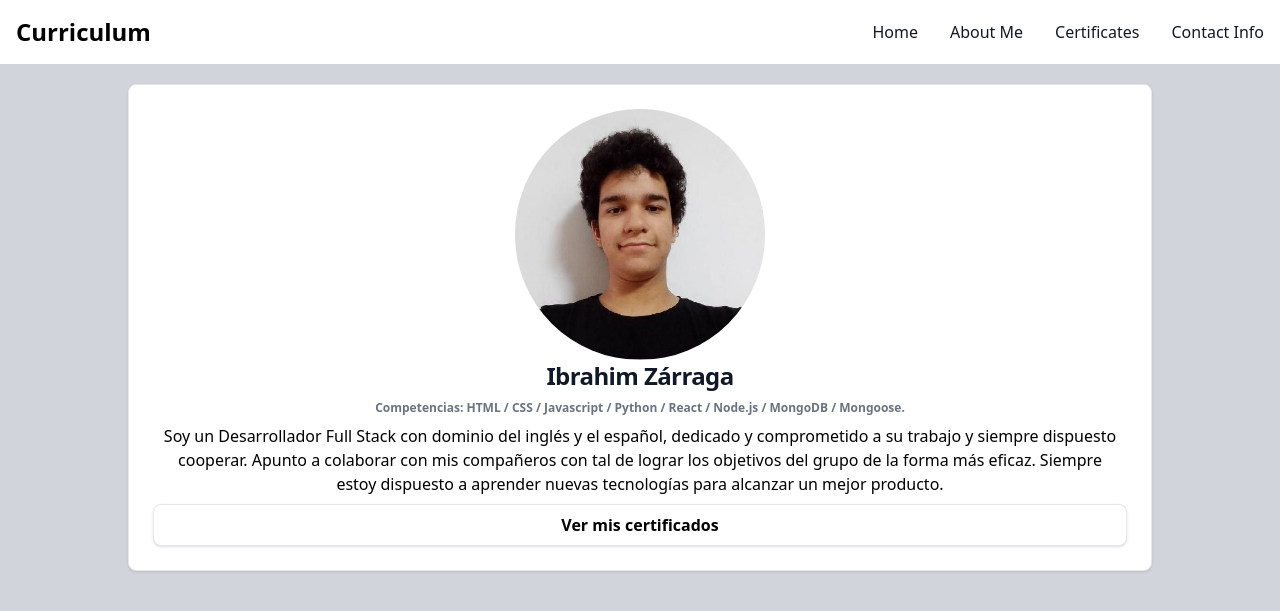
Repository: JetPi/Presentatio-Project
Page: /
These files come from the project's save history. The page is drawn as it stood at one moment and after the next save; the edit follows.
The browser window is 1280 px wide. The pictures show the whole page.
The project was rebuilt for these pictures with package versions that can differ from the ones it lists, and the page was loaded fresh each time. The framework's server and built-in components were replaced by stand-ins that run in the browser. Also part of the build but not shown: next.config.js.

Above is the page before, as saved 2023-04-03 16:24:38.

### src/pages/_app.tsx
import "@/styles/globals.css";
import type { AppProps } from "next/app";
import { NavBar } from "@/components/NavBar";

const navList = [
  { text: "Home", href: "/" },
  { text: "About Me", href: "/about/me" },
  { text: "Certificates", href: "/about/certificates" },
  { text: "Contact Info", href: "/about/socials" },
];

export default function App({ Component, pageProps }: AppProps) {
  return (
    <div className="min-h-screen pb-2 bg-gray-300 h-cover">
      <NavBar navList={navList} />
      <Component {...pageProps} />
    </div>
  );
}

### src/pages/index.tsx
import Head from "next/head";
import Image from "next/image";
import { Inter } from "next/font/google";
import styles from "@/styles/Home.module.css";
import { Card, CardButton } from "@/components/Card";
import { CardTitle } from "@/components/Card";
import { Url } from "url";

const inter = Inter({ subsets: ["latin"] });

let mySkills = [
  "HTML",
  "CSS",
  "Javascript",
  "Python",
  "React",
  "Node.js",
  "MongoDB",
  "Mongoose",
];

let myDescription =
  "Soy un Desarrollador Full Stack con dominio del inglés y el español, dedicado y comprometido a su trabajo y siempre dispuesto cooperar. Apunto a colaborar con mis compañeros con tal de lograr los objetivos del grupo de la forma más eficaz. Siempre estoy dispuesto a aprender nuevas tecnologías para alcanzar un mejor producto.";

for (let i = 0; i < mySkills.length; i++) {
  const element = mySkills[i];
  if (i === mySkills.length - 1) {
    mySkills[i] = element + ".";
  } else {
    mySkills[i] = element + " / ";
  }
}

export default function Home() {
  const url: Url = {
    href: "/about/me",
    auth: null,
    hash: null,
    host: null,
    hostname: null,
    path: null,
    pathname: null,
    protocol: null,
    search: null,
    slashes: null,
    port: null,
    query: null,
  };
  return (
    <>
      <div className="flex justify-center pt-5 ">
        <Card styling="flex flex-col w-4/5">
          <Image
            className="flex mx-auto rounded-full align-center"
            src={"/Foto de Presentación.png"}
            width={250}
            height={250}
            alt={"Profile Photo"}
          />
          <CardTitle>Ibrahim Zárraga</CardTitle>
          <div className="mx-auto text-xs font-semibold text-gray-500">
            Competencias: {mySkills}
          </div>
          <div className="m-2 text-base text-center">{myDescription}</div>
          <CardButton
            href={url}
            styling="w-auto p-2 font-semibold bg-green-200"
          >
            Ver mis certificados
          </CardButton>
        </Card>
      </div>
    </>
  );
}

### src/styles/globals.css
@tailwind base;
@tailwind components;
@tailwind utilities;

:root {
  --max-width: 1100px;
  --border-radius: 12px;
  --font-mono: ui-monospace, Menlo, Monaco, "Cascadia Mono", "Segoe UI Mono",
    "Roboto Mono", "Oxygen Mono", "Ubuntu Monospace", "Source Code Pro",
    "Fira Mono", "Droid Sans Mono", "Courier New", monospace;

  --foreground-rgb: 0, 0, 0;
  --background-start-rgb: 214, 219, 220;
  --background-end-rgb: 255, 255, 255;

  --primary-glow: conic-gradient(
    from 180deg at 50% 50%,
    #16abff33 0deg,
    #0885ff33 55deg,
    #54d6ff33 120deg,
    #0071ff33 160deg,
    transparent 360deg
  );
  --secondary-glow: radial-gradient(
    rgba(255, 255, 255, 1),
    rgba(255, 255, 255, 0)
  );

  --tile-start-rgb: 239, 245, 249;
  --tile-end-rgb: 228, 232, 233;
  --tile-border: conic-gradient(
    #00000080,
    #00000040,
    #00000030,
    #00000020,
    #00000010,
    #00000010,
    #00000080
  );

  --callout-rgb: 238, 240, 241;
  --callout-border-rgb: 172, 175, 176;
  --card-rgb: 180, 185, 188;
  --card-border-rgb: 131, 134, 135;
}

@media (prefers-color-scheme: dark) {
  :root {
    --foreground-rgb: 255, 255, 255;
    --background-start-rgb: 0, 0, 0;
    --background-end-rgb: 0, 0, 0;

    --primary-glow: radial-gradient(rgba(1, 65, 255, 0.4), rgba(1, 65, 255, 0));
    --secondary-glow: linear-gradient(
      to bottom right,
      rgba(1, 65, 255, 0),
      rgba(1, 65, 255, 0),
      rgba(1, 65, 255, 0.3)
    );

    --tile-start-rgb: 2, 13, 46;
    --tile-end-rgb: 2, 5, 19;
    --tile-border: conic-gradient(
      #ffffff80,
      #ffffff40,
      #ffffff30,
      #ffffff20,
      #ffffff10,
      #ffffff10,
      #ffffff80
    );

    --callout-rgb: 20, 20, 20;
    --callout-border-rgb: 108, 108, 108;
    --card-rgb: 100, 100, 100;
    --card-border-rgb: 200, 200, 200;
  }
}

* {
  box-sizing: border-box;
  padding: 0;
  margin: 0;
}

html,
body {
  max-width: 100vw;
  overflow-x: hidden;
}

body {
  color: rgb(var(--foreground-rgb));
}

a {
  color: inherit;
  text-decoration: none;
}

@media (prefers-color-scheme: dark) {
  html {
    color-scheme: dark;
  }
}

### src/components/NavBar.tsx
import Image from "next/image";
import Link from "next/link";
import { ReactNode } from "react";
type NavData = {
  href: string;
  text: string;
};

interface Props {
  children?: ReactNode | string;
  href?: string;
  navList?: Array<NavData>;
}

function NavItem({ children, href }: Props) {
  return (
    <li>
      <Link
        href={{ pathname: href }}
        className="block py-2 pl-3 pr-4 text-gray-900 rounded hover:bg-gray-100 md:hover:bg-transparent md:border-0 md:hover:text-blue-700 md:p-0 dark:text-white md:dark:hover:text-blue-500 dark:hover:bg-gray-700 dark:hover:text-white md:dark:hover:bg-transparent"
      >
        {children}
      </Link>
    </li>
  );
}

export function NavBar({ navList }: Props) {
  return (
    <nav className="bg-white border-gray-200 dark:bg-gray-900">
      <div className="flex flex-wrap items-center justify-between max-w-screen-xl p-4 mx-auto">
        <span className="self-center text-2xl font-semibold whitespace-nowrap dark:text-white">
          Curriculum
        </span>
        <button
          data-collapse-toggle="navbar-default"
          type="button"
          className="inline-flex items-center p-2 ml-3 text-sm text-gray-500 rounded-lg md:hidden hover:bg-gray-100 focus:outline-none focus:ring-2 focus:ring-gray-200 dark:text-gray-400 dark:hover:bg-gray-700 dark:focus:ring-gray-600"
          aria-controls="navbar-default"
          aria-expanded="false"
        >
          <span className="sr-only">Open main menu</span>
          <svg
            className="w-6 h-6"
            aria-hidden="true"
            fill="currentColor"
            viewBox="0 0 20 20"
            xmlns="http://www.w3.org/2000/svg"
          >
            <path
              fillRule="evenodd"
              d="M3 5a1 1 0 011-1h12a1 1 0 110 2H4a1 1 0 01-1-1zM3 10a1 1 0 011-1h12a1 1 0 110 2H4a1 1 0 01-1-1zM3 15a1 1 0 011-1h12a1 1 0 110 2H4a1 1 0 01-1-1z"
              clipRule="evenodd"
            ></path>
          </svg>
        </button>
        <div className="hidden w-full md:block md:w-auto" id="navbar-default">
          <ul className="flex flex-col p-4 mt-4 font-medium border border-gray-100 rounded-lg md:p-0 bg-gray-50 md:flex-row md:space-x-8 md:mt-0 md:border-0 md:bg-white dark:bg-gray-800 md:dark:bg-gray-900 dark:border-gray-700">
            {navList?.map((item) => {
              return (
                <NavItem href={item.href} key={Math.random()}>
                  {item.text}
                </NavItem>
              );
            })}
          </ul>
        </div>
      </div>
    </nav>
  );
}

### src/components/Card.tsx
import { redirect } from "next/dist/server/api-utils";
import Link from "next/link";
import { useRouter } from "next/router";
import { Url } from "url";
import React, { MouseEventHandler, ReactNode, useState } from "react";
interface Props {
  children?: ReactNode;
  styling?: string;
  href?: string;
}

interface ButtonProps {
  children?: ReactNode;
  styling?: string;
  href: Url;
}

export function Card({ styling, children }: Props) {
  return (
    <div
      className={`${
        styling ? styling : "flex justify-stretch"
      } p-6 bg-white border border-gray-200 rounded-lg shadow hover:bg-gray-100 dark:bg-gray-800 dark:border-gray-700 dark:hover:bg-gray-700`}
    >
      {children}
      <p className="font-normal text-gray-700 dark:text-gray-400"></p>
    </div>
  );
}

export function CardButton({ href, styling, children }: ButtonProps) {
  return (
    <Link
      className={`${
        styling ? styling : "w-32  "
      } p-2 text-center bg-white border border-gray-200 rounded-lg shadow hover:bg-gray-100 dark:bg-gray-800 dark:border-gray-700 dark:hover:bg-gray-700`}
      href={href.href}
    >
      {children}
    </Link>
  );
}

export function CardTitle({ children }: Props) {
  return (
    <h5 className="mb-2 text-2xl font-bold tracking-tight text-center text-gray-900 dark:text-white">
      {children}
    </h5>
  );
}

### src/components/Button.tsx
import { Url } from "next/dist/shared/lib/router/router";
import Link from "next/link";
import React from "react";

interface ButtonProps {
  text?: string;
  styling?: string;
  onClick?: React.MouseEventHandler;
  children?: React.ReactNode;
}

interface LinkProps {
  text?: string;
  styling?: string;
  href: Url;
  children?: React.ReactNode;
}

export function Button({ text, onClick, styling, children }: ButtonProps) {
  return (
    <button
      className={`${styling} px-2 py-1 m-1 font-semibold bg-green-200 rounded`}
      onClick={onClick}
    >
      {text}
    </button>
  );
}

export function LinkButton({ text, href, styling, children }: LinkProps) {
  return (
    <Link
      href={href}
      className={`${styling} px-2 py-1 m-1 font-semibold bg-green-200 rounded`}
    >
      {text}
    </Link>
  );
}

Loaded but not shown: src/pages/_document.tsx (common file); tailwind.config.js (common file)

After the next save:
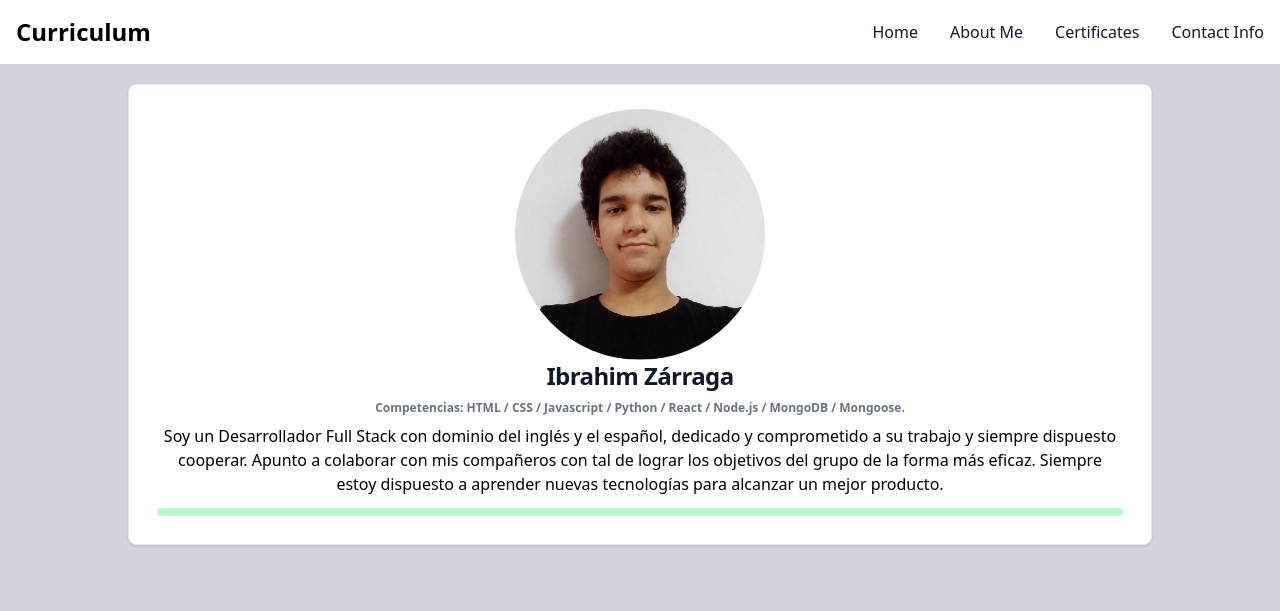
Saved 3 s later.
--- a/src/pages/index.tsx
+++ b/src/pages/index.tsx
@@ -2,9 +2,10 @@ import Head from "next/head";
 import Image from "next/image";
 import { Inter } from "next/font/google";
 import styles from "@/styles/Home.module.css";
-import { Card, CardButton } from "@/components/Card";
+import { Card } from "@/components/Card";
 import { CardTitle } from "@/components/Card";
 import { Url } from "url";
+import { LinkButton } from "@/components/Button";
 
 const inter = Inter({ subsets: ["latin"] });
 
@@ -62,12 +63,7 @@ export default function Home() {
             Competencias: {mySkills}
           </div>
           <div className="m-2 text-base text-center">{myDescription}</div>
-          <CardButton
-            href={url}
-            styling="w-auto p-2 font-semibold bg-green-200"
-          >
-            Ver mis certificados
-          </CardButton>
+          <LinkButton href={url}></LinkButton>
         </Card>
       </div>
     </>
